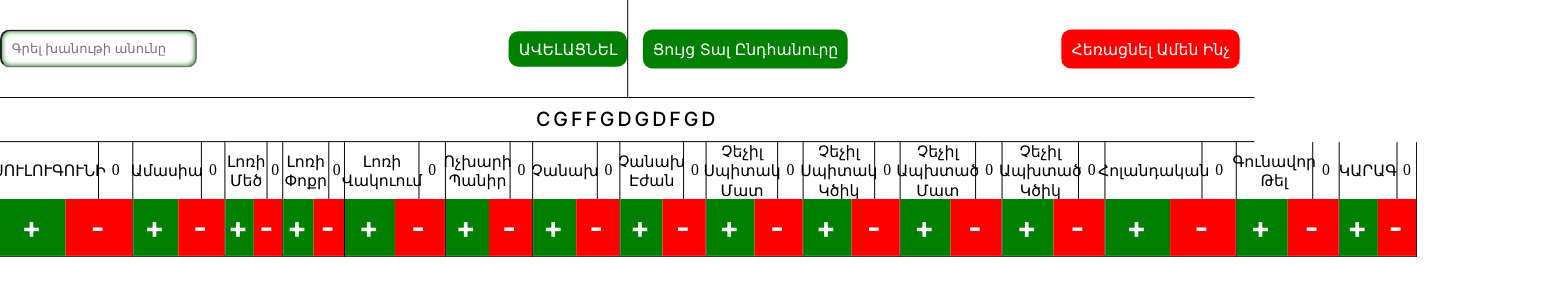
Repository: AbApin/amasia
Page: /
The author's editor kept a copy of each file at every save. The page is drawn from the files as they stood at one save, then again after the next save.
The browser window is 1280 px wide. The page is 1446 px wide, then 1596 px, so the pictures cover 1596 px, including what lies to the right of the window. The pictures show the whole page, at 98% of full size.
The project was rebuilt for these pictures with package versions that can differ from the ones it lists, and the page was loaded fresh each time. Also part of the build but not shown: vue.config.js.

Above is the page before, as saved 2023-02-03 11:56:20.

After the next save:
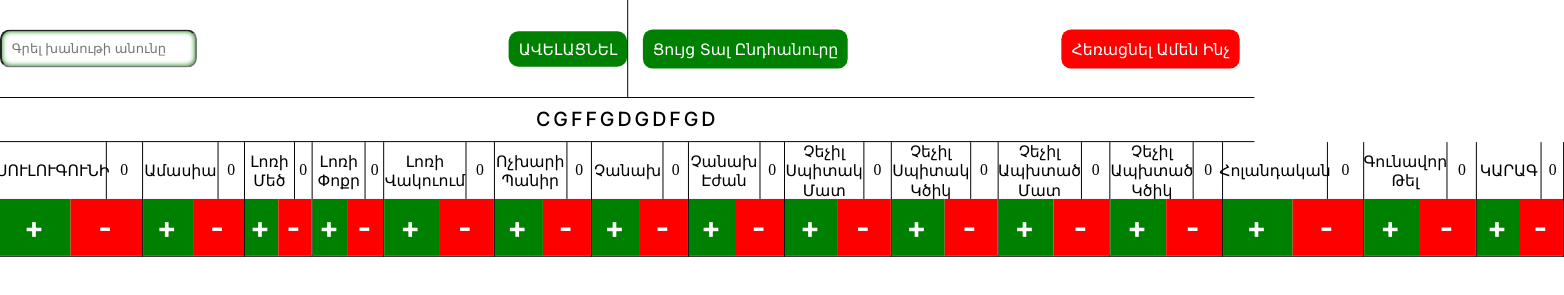
Saved 6 s later.
--- a/src/app.css
+++ b/src/app.css
@@ -110,6 +110,7 @@ ul {
   align-items: center;
   width: 25%;
   height: 100%;
+  padding: 10px 5px;
 }
 .apranqiAvelPakas {
   display: flex;
